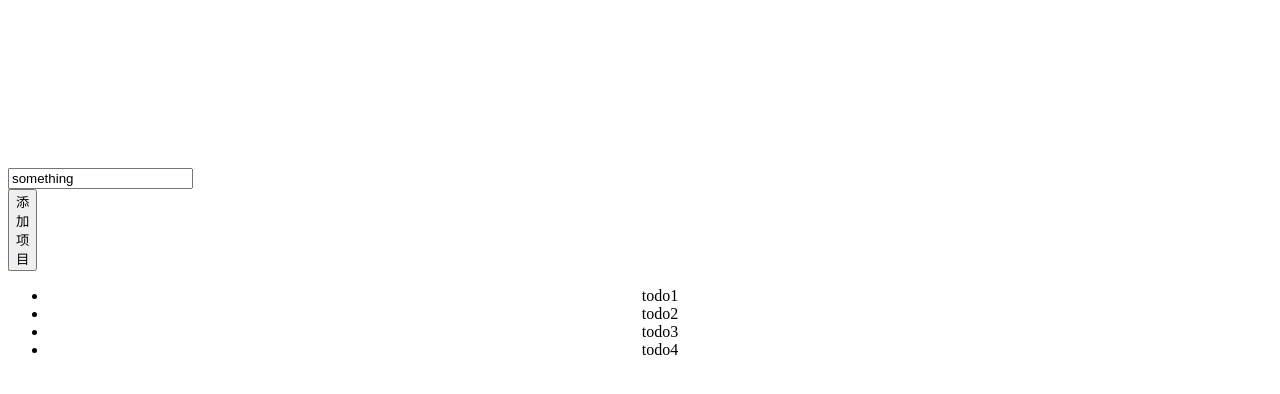
Repository: ArtemisWang/todolistProject
Page: /
The author's editor kept a copy of each file at every save. The page is drawn from the files as they stood at one save, then again after the next save.
The browser window is 1280 px wide. The pictures show the whole page.
The project was rebuilt for these pictures with package versions that can differ from the ones it lists, and the page was loaded fresh each time.

Above is the page before, as saved 2020-02-28 21:36:27.

After the next save:
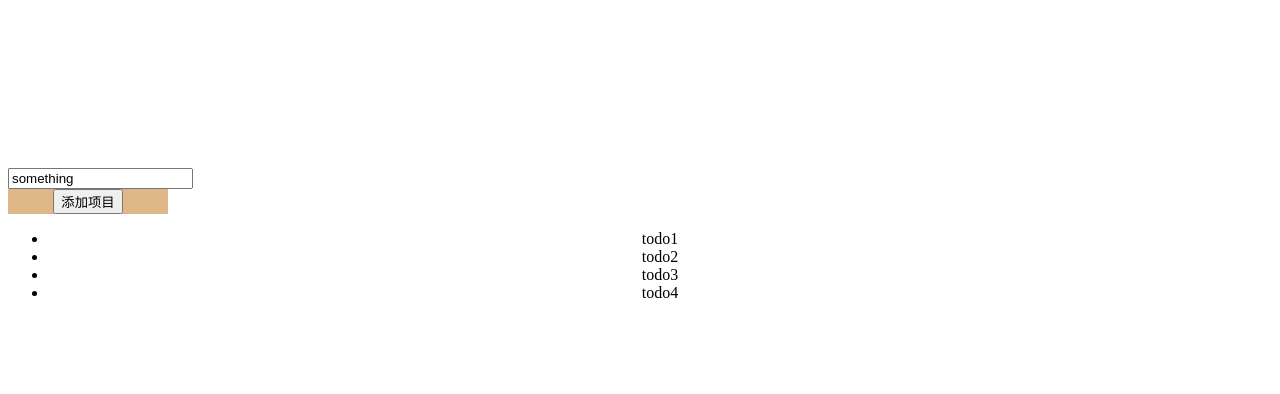
Saved 7 s later.
--- a/src/App.css
+++ b/src/App.css
@@ -6,6 +6,6 @@
 .input{
     display: block;
     background-color: burlywood;
-    width: 20px;
+    width: 10rem;
     text-align: center;
 }
